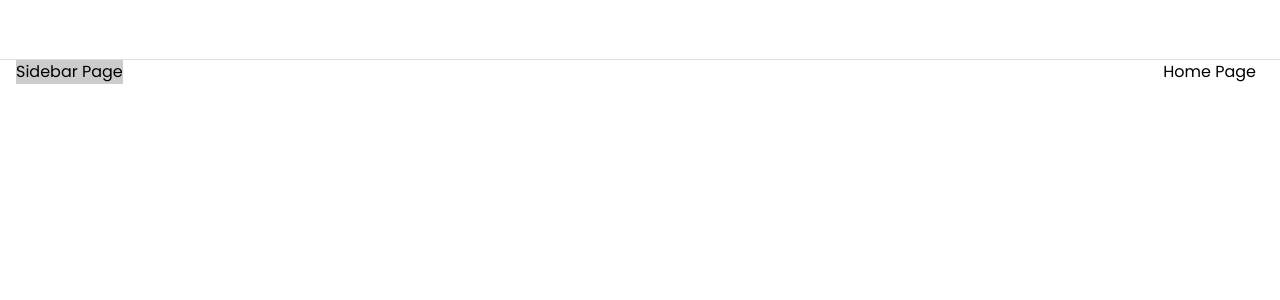
Repository: nvdao03/Tiktok
Page: /
These files come from the project's save history. The page is drawn as it stood at one moment and after the next save; the edit follows.
The browser window is 1280 px wide. The pictures show the whole page.
The project was rebuilt for these pictures with package versions that can differ from the ones it lists, and the page was loaded fresh each time. Also part of the build but not shown: vite.config.js, src/components/Layout/HeaderOnly/index.jsx, src/pages/Following/index.jsx, src/pages/Profile/index.jsx, src/pages/Upload/index.jsx, src/pages/Search/index.jsx.

Above is the page before, as saved 2025-01-01 14:17:56.

After the next save:
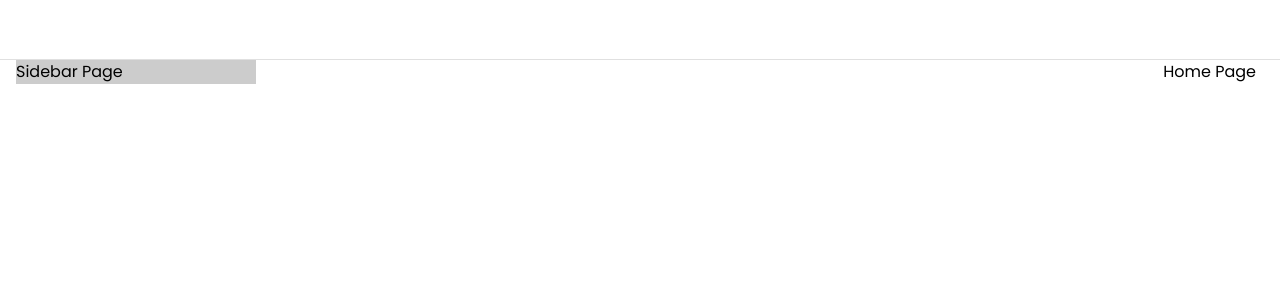
Saved 4 min 7 s later.
--- a/src/components/Layout/DefaultLayout/Sidebar/Sidebar.module.scss
+++ b/src/components/Layout/DefaultLayout/Sidebar/Sidebar.module.scss
@@ -1,3 +1,5 @@
 .wrapper {
   background-color: #ccc;
+  width: 24rem;
+  height: 100%;
 }
